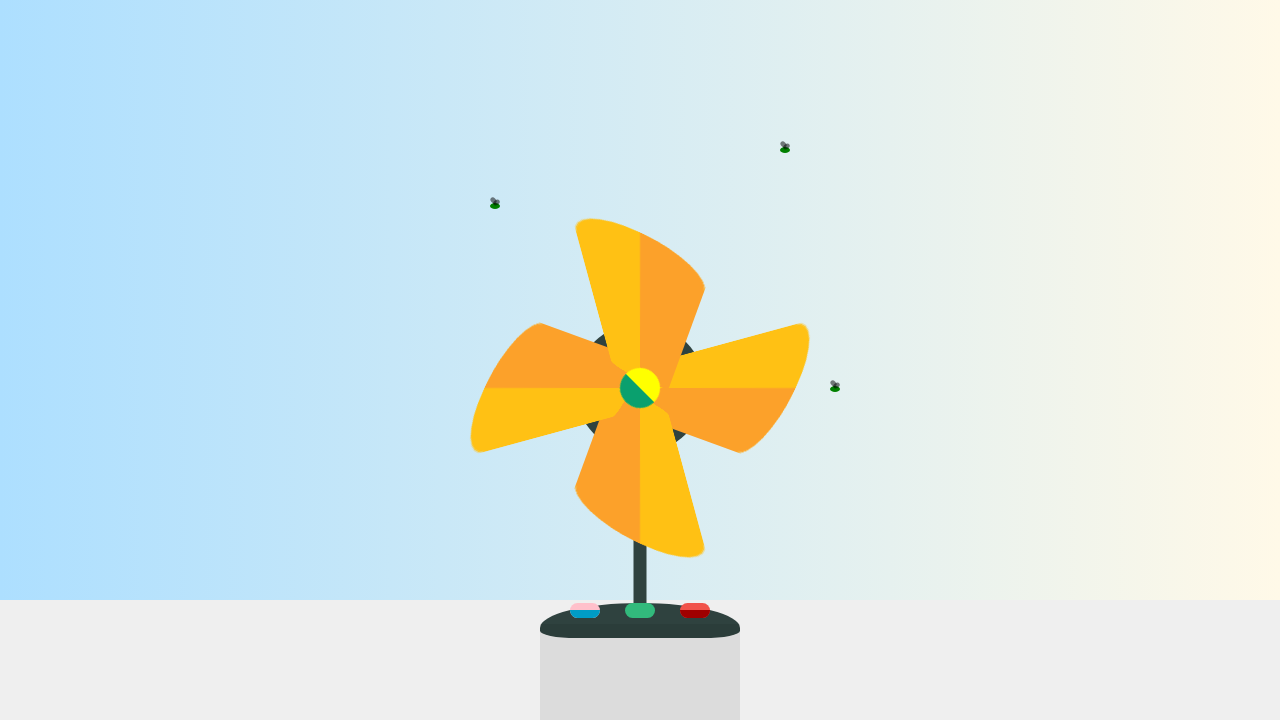
Repository: VuTuanAnh0949/CodeFan
Page: index.html
These files come from the project's save history. The page is drawn as it stood at one moment and after the next save; the edit follows.
The browser window is 1280 px wide. The pictures show the whole page.

Above is the page before, as saved 2022-06-22 11:48:48.

After the next save:
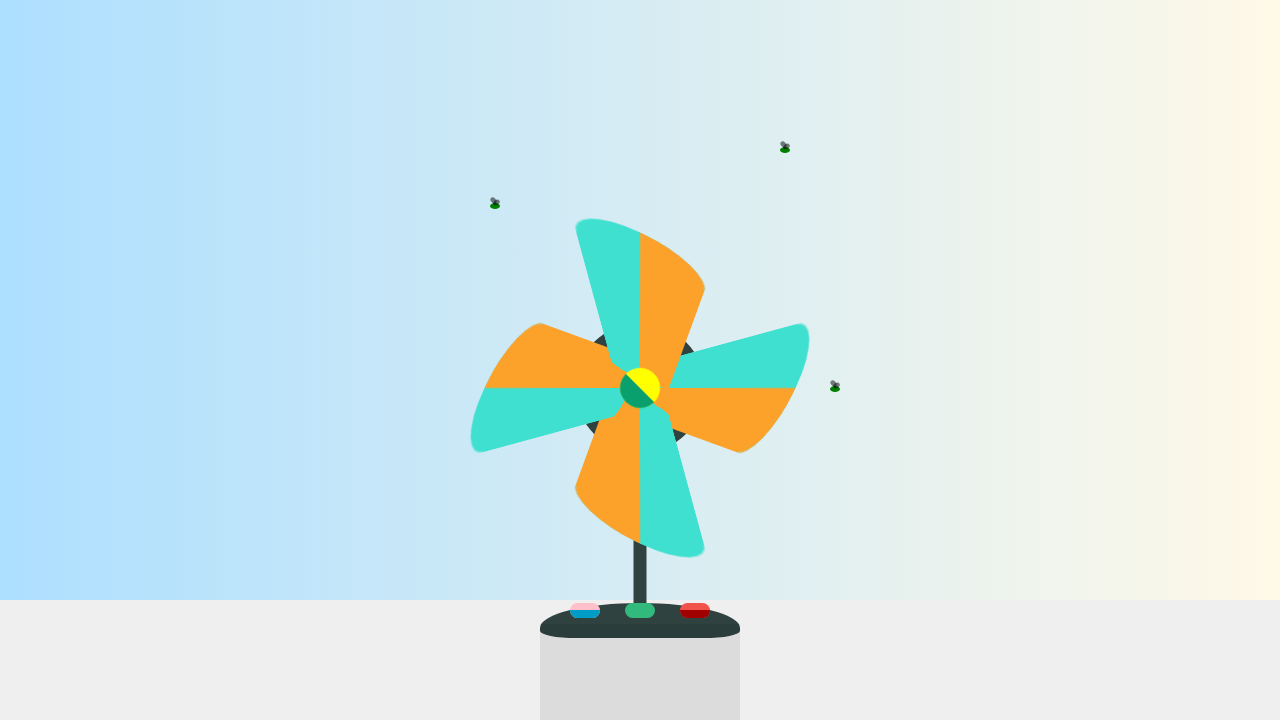
Saved 3 min 1 s later.
--- a/style.css
+++ b/style.css
@@ -324,7 +324,7 @@ span {
     width: 100%;
     height: 200%;
     border-radius: 44px;
-    background: #ffc114;
+    background: turquoise;
     position: absolute;
     top: -66px;
     display: block;
